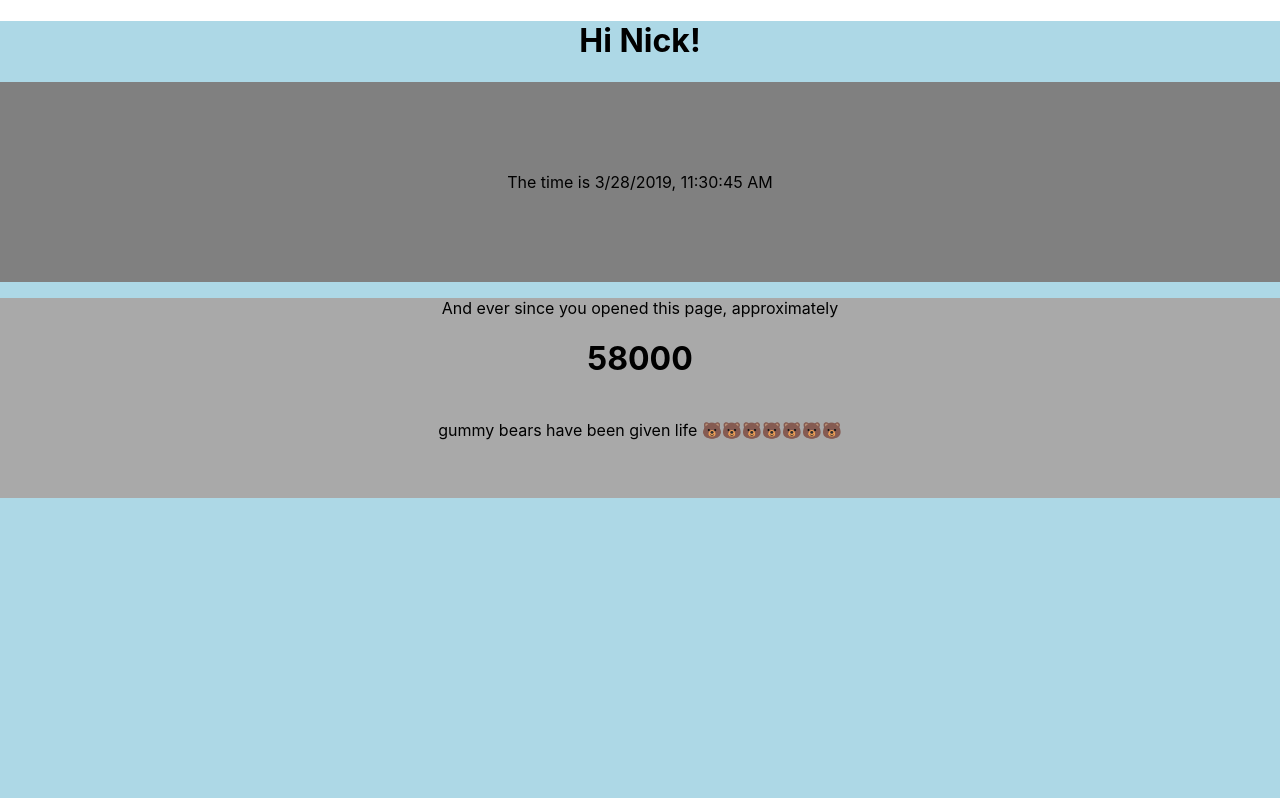
Repository: crispinonicky/gummy-facts
Page: /
These files come from the project's save history. The page is drawn as it stood at one moment and after the next save; the edit follows.
The browser window is 1280 px wide. The pictures show the whole page.
The project was rebuilt for these pictures with package versions that can differ from the ones it lists, and the page was loaded fresh each time.

Above is the page before, as saved 2019-03-28 15:23:24.

### src/App.js
import React, { Component } from 'react';
import './App.css';
import Clock from './components/Clock';
import GummyCount from './components/GummyCount';
import Map from './components/Map';


class App extends Component {
  constructor(props){
    super(props)

    this.state = {
      name: "Nick"
    }

  }



  render() {
    return (
      <div className="App">


      <h1>
        Hi {this.state.name}!
      </h1>

        <Clock />
        <GummyCount />
        <Map />


      </div>
    );
  }
}

export default App;

### src/App.css
.App {
  text-align: center;
  margin: 0 auto;
  background: lightblue;
}

.Clock {
  height: 200px;
  background: gray;
}

.Clock p {
  position: relative;
  top: 90px;

}

.Count {
  height: 200px;
  background: darkgrey;
}

#googleMap {
  height: 300px;
  width: 400px;
}

### src/components/Clock.js
import React, { Component } from "react";
import "../App.css";

let time = new Date().toLocaleString();

class Clock extends React.Component {
  constructor(props) {

    super(props)
    this.state = {
      time: new Date().toLocaleString(),
    };
  }

  componentDidMount() {
    this.intervalID = setInterval(
      () => this.tick(),
      1000
    )
  }

  componentWillUnmount() {
    clearInterval(this.intervalID);
  }

  tick() {
    this.setState({
      time: new Date().toLocaleString()
    });
  }

  render() {
    return (
      <div className = "Clock">
      <p>
        The time is {this.state.time}
      </p>
      </div>
    );
  }
}

console.log(typeof time)


export default Clock;

### src/components/GummyCount.js
const React = require('react')

class GummyCount extends React.Component {
  constructor(props) {
    super(props);
    this.state = {
      seconds: 0,
    };
  }

  tick() {
    this.setState(state => ({
      seconds: state.seconds + 1
    }));
  }

  componentDidMount() {
    this.interval = setInterval(() => this.tick(), 10);
  }

  componentWillUnmount() {
    clearInterval(this.interval);
  }

  render() {

    return (
<div>
      <div className = "Count">
        <p>
        And ever since you opened this page, approximately
        <br/>
        <h1>{this.state.seconds * 116}</h1>
        <br/>
        gummy bears have been given life 🐻🐻🐻🐻🐻🐻🐻
        </p>
      </div>
      </div>
    );
  }
}

export default GummyCount;

### src/components/Map.js
import React, { Component } from 'react';
import '../App.css';

// my map: https://maps.googleapis.com/maps/api/js?key=AIzaSyCrbuDGnqcHSG6nK1oo2PyiiXvsyWLZelo&callback=myMap

class Map extends React.Component {
  constructor(props){
    super(props)

    this.state = {
      name: "Nick"
    }

  }



  render() {
    return (
      <div className="Map">

<div id="googleMap">

</div>



      </div>
    );
  }
}

export default Map;

Loaded but not shown: public/index.html (common file); src/index.js (common file); src/index.css (common file); src/serviceWorker.js (common file)

After the next save:
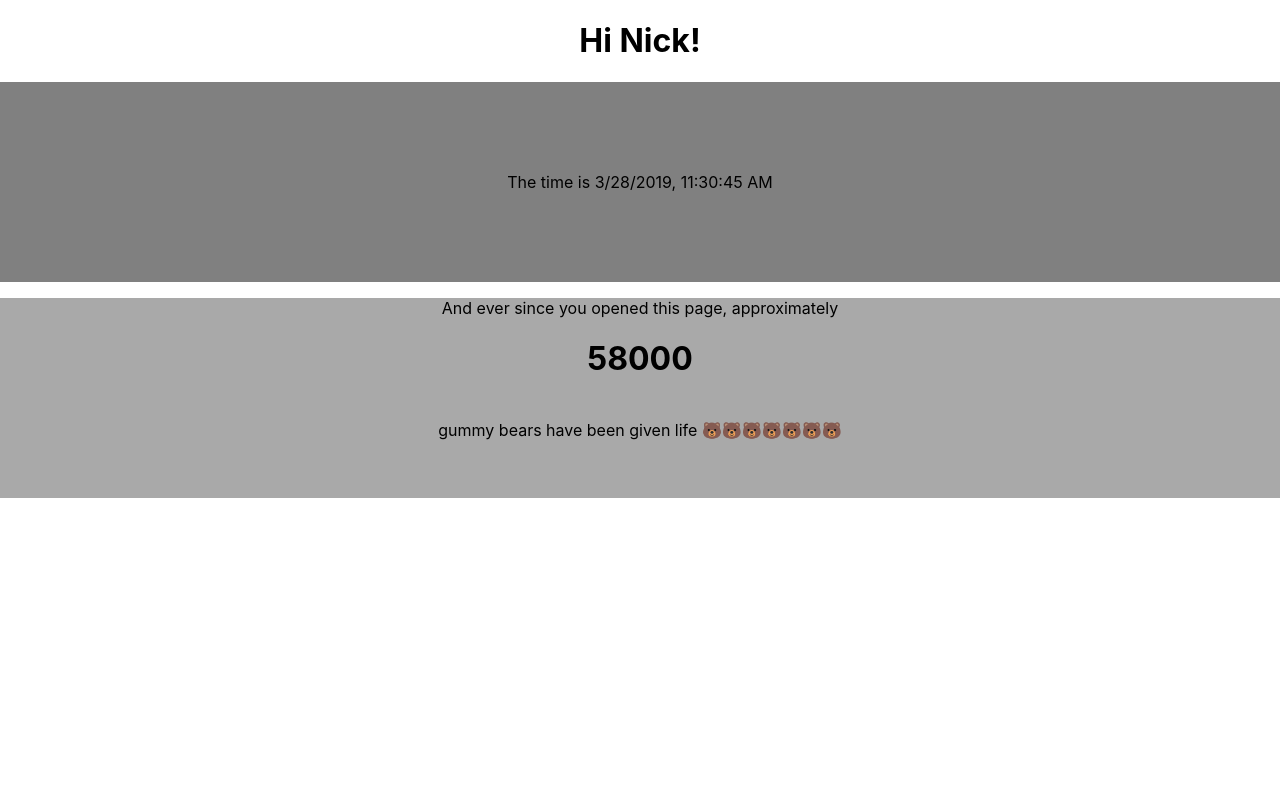
Saved 4 min 11 s later.
--- a/src/App.css
+++ b/src/App.css
@@ -1,7 +1,6 @@
 .App {
   text-align: center;
   margin: 0 auto;
-  background: lightblue;
 }
 
 .Clock {
